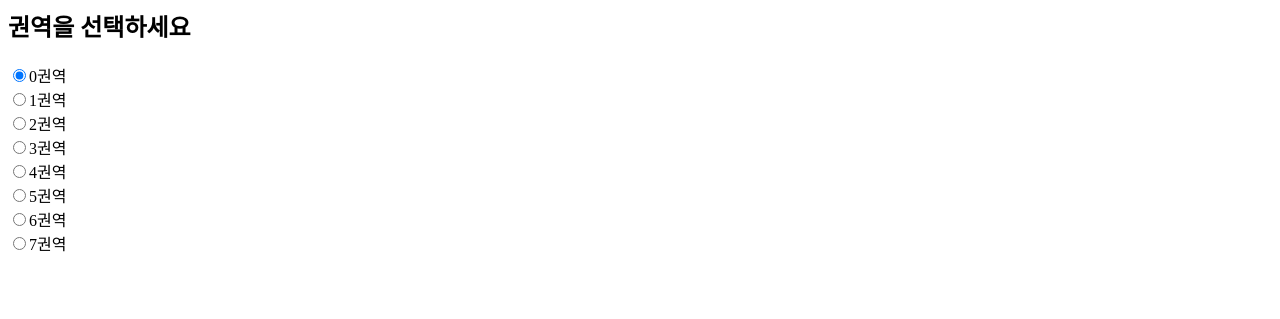
Repository: juujuu201/JSP
Page: http://localhost/Chapter05/form_04.jsp
The author's editor kept a copy of each file at every save. The page is drawn from the files as they stood at one save, then again after the next save.
The browser window is 1280 px wide. The pictures show the whole page.
The page is served by Tomcat 9.

Above is the page before, as saved 2019-04-15 01:01:58.

### Chapter05/WebContent/form_04.jsp
<%@ page language="java" contentType="text/html; charset=UTF-8"
    pageEncoding="UTF-8"%>

<h2>권역을 선택하세요</h2>

<form action="proc_04.jsp" method="post">
	<input type="radio" name="localNum" value="0" checked>0권역<br>
	<input type="radio" name="localNum" value="1">1권역<br>
	<input type="radio" name="localNum" value="2">2권역<br>
	<input type="radio" name="localNum" value="3">3권역<br>
	<input type="radio" name="localNum" value="4">4권역<br>
	<input type="radio" name="localNum" value="5">5권역<br>
	<input type="radio" name="localNum" value="6">6권역<br>
	<input type="radio" name="localNum" value="7">7권역<br>
</form>

After the next save:
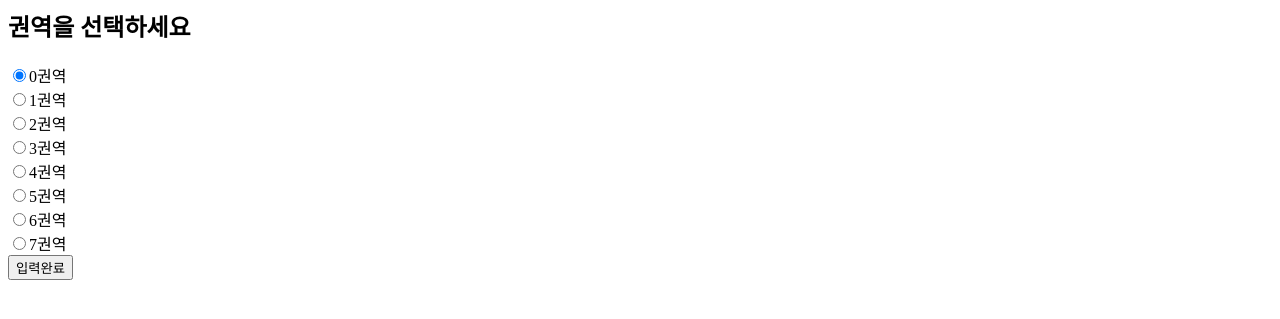
Saved 14 s later.
--- a/Chapter05/WebContent/form_04.jsp
+++ b/Chapter05/WebContent/form_04.jsp
@@ -12,4 +12,5 @@
 	<input type="radio" name="localNum" value="5">5권역<br>
 	<input type="radio" name="localNum" value="6">6권역<br>
 	<input type="radio" name="localNum" value="7">7권역<br>
+	<input type="submit" value="입력완료">
 </form>
